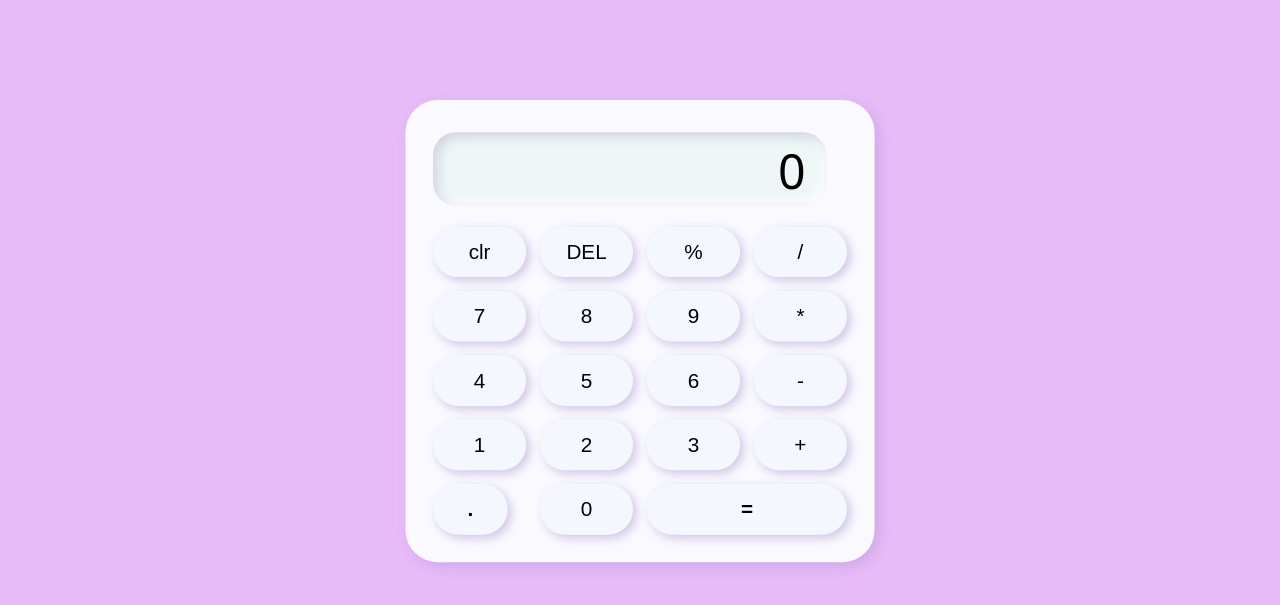
Repository: meti-guda/simple-calculator
Page: index.html
An editor plug-in stored every save of this project. The page is shown before and after the next save, followed by the edit.
The browser window is 1280 px wide. The pictures show the whole page.

Above is the page before, as saved 2025-12-11 13:07:46.

### index.html
<!DOCTYPE html>
<html lang="en">
  <head>
    <meta charset="UTF-8" />
    <title>Simple Calculator</title>
    <link rel="stylesheet" href="style.css" />
  </head>
  <body>
    <div class="contianer">
      <div class="calculator">
        <div class="display">
          <div class="expression" id="expression">0</div>
        </div>

        <div class="values">
          <button data-action="clear">clr</button>
          <button data-action="del">DEL</button>
          <button data-value="%">%</button>
          <button data-value="/">/</button>

          <button data-value="7">7</button>
          <button data-value="8">8</button>
          <button data-value="9">9</button>
          <button data-value="*">*</button>

          <button data-value="4">4</button>
          <button data-value="5">5</button>
          <button data-value="6">6</button>
          <button data-value="-">-</button>

          <button data-value="1">1</button>
          <button data-value="2">2</button>
          <button data-value="3">3</button>
          <button data-value="+">+</button>

          <button class="dot" data-value=".">.</button>
          <button data-value="0">0</button>
          <button class="equal" data-action="equals">=</button>
        </div>
      </div>
    </div>

    <script src="index.js"></script>
  </body>
</html>

### style.css
body {
  display: flex;
  align-items: center;
  justify-content: center;
  background-color: #e7baf8;
  font-family: "Segoe UI", system-ui, sans-serif;
  box-sizing: border-box;
  margin-top: 100px;
  padding: 0;
}

.container {
  padding: 16px;
}

.calculator {
  width: 360px; /* was 300px */
  padding: 28px 24px 24px;
  border-radius: 28px;
  background-color: #f9f9ff;
  box-shadow: 4px 4px 10px rgba(150, 121, 189, 0.25);
  transform: scale(1.15); /* zoom in 15% */
  transform-origin: center top;
}

.display {
  width: 85%;
  height: 64px;
  border-radius: 20px;
  background-color: #eef6f6;
  box-shadow: inset 4px 4px 10px rgba(161, 161, 190, 0.4),
    inset -4px -4px 10px rgba(255, 255, 255, 0.9);
  display: flex;
  align-items: center;
  justify-content: flex-end;
  padding: 0 18px;
  margin-bottom: 18px;
  overflow: hidden;
}

.expression {
  font-size: 42px;
  color: #000;
  white-space: nowrap;
}

.values {
  display: grid;
  grid-template-columns: repeat(4, 1fr);
  grid-gap: 12px;
}

.values button {
  border: none;
  outline: none;
  height: 44px;
  border-radius: 150px;
  background-color: #f5f7ff;
  box-shadow: 3px 3px 8px rgba(150, 121, 189, 0.4);
  color: #000;
  font-size: 18px;
  cursor: pointer;
  transition: transform 0.08s ease, box-shadow 0.08s ease, background 0.1s;
}

button:hover {
  background-color: #c79dd3;
  color: white;
}

.values button:active {
  transform: translateY(1px);
  background-color: #c76eca;
  box-shadow: inset 2px 2px 5px rgba(150, 121, 189, 0.4);
}

.dot {
  justify-self: flex-start;
  width: 65px;
  font-weight: 700;
}

.equal {
  grid-column: span 2;
  background-color: #d87bb4;
  color: #ffffff;
  font-weight: 600;
  box-shadow: 3px 3px 8px rgba(160, 100, 150, 0.5);
}

.equal:active {
  box-shadow: inset 2px 2px 5px rgba(160, 100, 150, 0.5);
}

@media (max-width: 400px) {
  .calculator {
    width: 90%;
  }
}

### index.js
class Calculator {
  constructor() {
    this.displayValue = "0";
    this.previousValue = null;
    this.operation = null;
    this.shouldResetDisplay = false;

    // your display div has class="expression"
    this.displayElement = document.querySelector(".expression");

    this.setupEventListeners();
    this.updateDisplay();
  }

  setupEventListeners() {
    // number buttons: have data-value with 0–9 but NO data-action
    document.querySelectorAll(".values button").forEach((btn) => {
      const action = btn.dataset.action;
      const value = btn.dataset.value;

      if (!action && value !== undefined) {
        // treat as number or dot key
        if (value === ".") {
          btn.addEventListener("click", () => this.handleDecimal());
        } else {
          btn.addEventListener("click", () => this.handleNumber(value));
        }
      } else if (action) {
        // action keys
        if (action === "equals") {
          btn.addEventListener("click", () => this.handleEquals());
        } else if (action === "clear") {
          btn.addEventListener("click", () => this.handleClear());
        } else if (action === "del") {
          btn.addEventListener("click", () => this.handleDelete());
        }
      }

      // operator keys have data-value of + - * / %
      if (["+", "-", "*", "/", "%"].includes(value)) {
        btn.addEventListener("click", () => this.handleOperator(value));
      }
    });

    // keyboard support
    document.addEventListener("keydown", (e) => this.handleKeyboard(e));
  }

  handleNumber(num) {
    if (this.shouldResetDisplay) {
      this.displayValue = num;
      this.shouldResetDisplay = false;
    } else {
      this.displayValue =
        this.displayValue === "0" ? num : this.displayValue + num;
    }
    this.updateDisplay();
  }

  handleDecimal() {
    if (this.shouldResetDisplay) {
      this.displayValue = "0.";
      this.shouldResetDisplay = false;
    } else if (!this.displayValue.includes(".")) {
      this.displayValue += ".";
    }
    this.updateDisplay();
  }

  handleOperator(op) {
    const current = parseFloat(this.displayValue);

    if (this.previousValue === null) {
      this.previousValue = current;
    } else if (this.operation) {
      const result = this.calculate(
        this.previousValue,
        current,
        this.operation
      );
      this.displayValue = this.formatResult(result);
      this.previousValue = result;
      this.updateDisplay();
    }

    this.operation = op;
    this.shouldResetDisplay = true;
  }

  handleEquals() {
    if (this.operation === null || this.previousValue === null) {
      return;
    }

    const current = parseFloat(this.displayValue);
    const result = this.calculate(this.previousValue, current, this.operation);
    this.displayValue = this.formatResult(result);
    this.previousValue = null;
    this.operation = null;
    this.shouldResetDisplay = true;
    this.updateDisplay();
  }

  handleClear() {
    this.displayValue = "0";
    this.previousValue = null;
    this.operation = null;
    this.shouldResetDisplay = false;
    this.updateDisplay();
  }

  handleDelete() {
    if (this.displayValue === "0" || this.shouldResetDisplay) {
      return;
    }
    this.displayValue = this.displayValue.slice(0, -1) || "0";
    this.updateDisplay();
  }

  calculate(prev, current, op) {
    switch (op) {
      case "+":
        return prev + current;
      case "-":
        return prev - current;
      case "*":
        return prev * current;
      case "/":
        return current !== 0 ? prev / current : 0;
      case "%":
        return prev % current;
      default:
        return current;
    }
  }

  formatResult(num) {
    return parseFloat(num.toFixed(10)).toString();
  }

  handleKeyboard(e) {
    if (e.key >= "0" && e.key <= "9") this.handleNumber(e.key);
    if (e.key === ".") this.handleDecimal();
    if (["+", "-", "*", "/", "%"].includes(e.key)) {
      e.preventDefault();
      this.handleOperator(e.key);
    }
    if (e.key === "Enter" || e.key === "=") {
      e.preventDefault();
      this.handleEquals();
    }
    if (e.key === "Backspace") {
      e.preventDefault();
      this.handleDelete();
    }
    if (e.key === "Escape") {
      e.preventDefault();
      this.handleClear();
    }
  }

  updateDisplay() {
    this.displayElement.textContent = this.displayValue;
  }
}

// create calculator once DOM is loaded
document.addEventListener("DOMContentLoaded", () => {
  new Calculator();
});

After the next save:
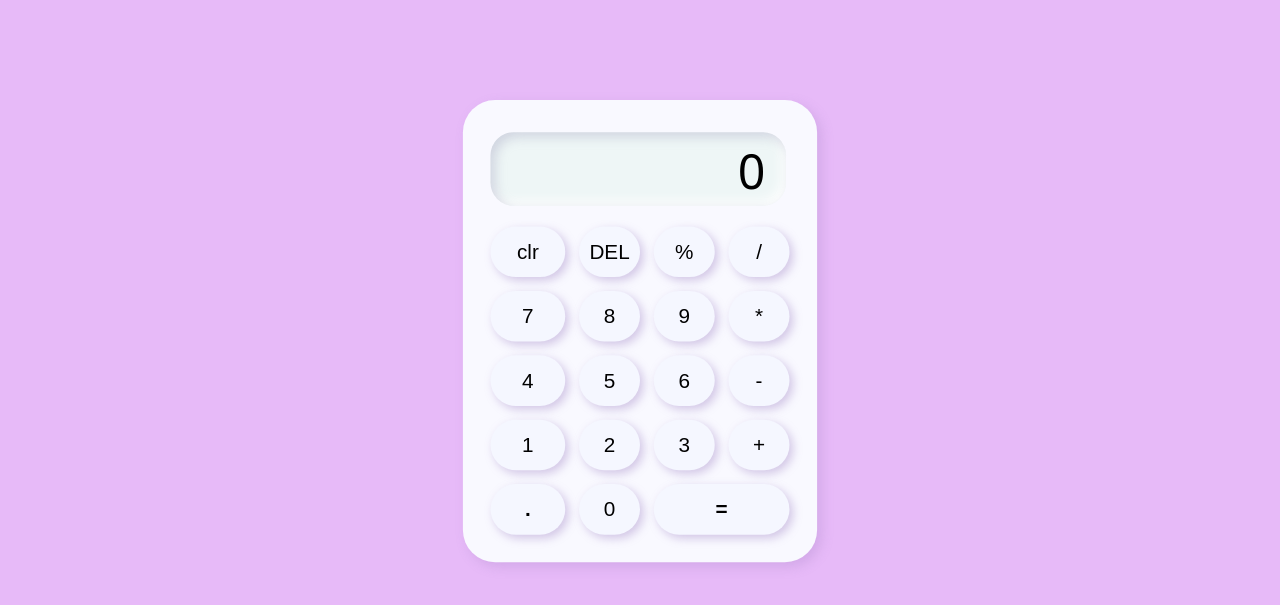
Saved 21 s later.
--- a/style.css
+++ b/style.css
@@ -14,7 +14,7 @@ body {
 }
 
 .calculator {
-  width: 360px; /* was 300px */
+  width: 260px; /* was 300px */
   padding: 28px 24px 24px;
   border-radius: 28px;
   background-color: #f9f9ff;
